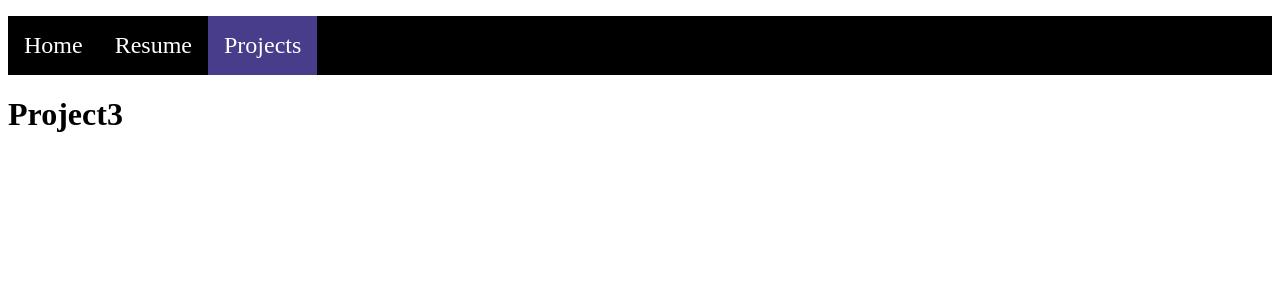
Repository: brody-toth/brody-toth.github.io
Page: project3.html
The author's editor kept a record of every edit. The page is drawn from the files as they stood at one moment, then again after the next edit.
The browser window is 1280 px wide. The pictures show the whole page.

Above is the page before.

After the next edit:
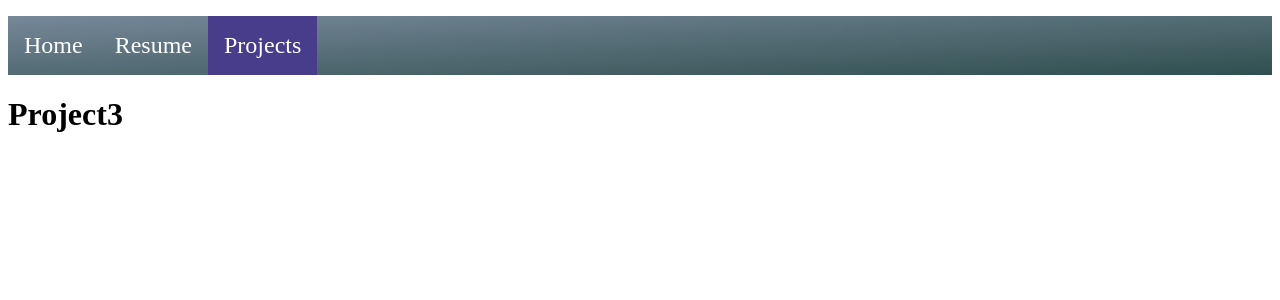
The edit:
--- a/style.css
+++ b/style.css
@@ -1,6 +1,6 @@
 .navbar{
     list-style: none;
-    background-color: black;
+    background-image: linear-gradient(to bottom right, lightslategray, darkslategray);
     overflow: hidden;
     padding: 0;
 }
